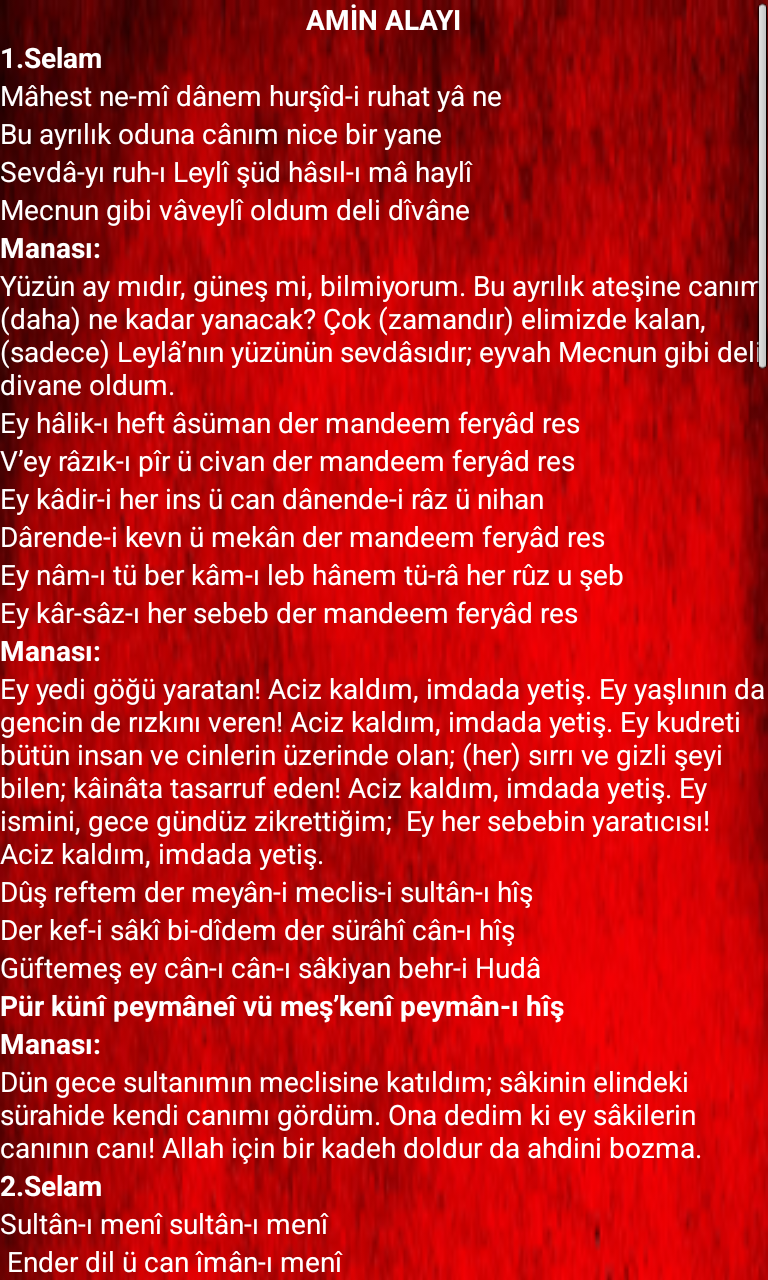
Repository: dokayazilim/Safahat-Android--Uygulamasi
Layout: safahat(android)/Safahat/res/layout/kitap31.xml
An editor plug-in stored every save of this project. The layout is shown before and after the next save, followed by the edit.
It is drawn on a 768 x 1280 px phone screen (xhdpi) without system bars, with theme android:Theme; the app's code is not run.

Above is the layout before, as saved 2012-09-07 16:19:41.

### safahat(android)/Safahat/res/layout/kitap31.xml
<?xml version="1.0" encoding="utf-8"?>
<ScrollView    android:id="@+id/widget1"    android:layout_width="fill_parent"    android:layout_height="fill_parent"    xmlns:android="http://schemas.android.com/apk/res/android"    >
<LinearLayout xmlns:android="http://schemas.android.com/apk/res/android"
    android:layout_width="fill_parent"
    android:layout_height="fill_parent"
    android:orientation="vertical" android:background="@drawable/androidturk">

  <TextView
        android:id="@+id/textView1"
        android:layout_width="wrap_content"
        android:layout_height="wrap_content"
        android:text="AMİN ALAYI" android:textColor="#ffffff" android:textStyle="bold" android:layout_gravity="center"/>
<TextView
        android:id="@+id/textView2"
        android:layout_width="wrap_content"
        android:layout_height="wrap_content"
        android:text="1.Selam  " android:textColor="#ffffff" android:textStyle="bold"/>
<TextView
        android:id="@+id/textView3"
        android:layout_width="wrap_content"
        android:layout_height="wrap_content"
        android:text="Mâhest ne-mî dânem hurşîd-i ruhat yâ ne    " android:textColor="#ffffff" />
<TextView
        android:id="@+id/textView4"
        android:layout_width="wrap_content"
        android:layout_height="wrap_content"
        android:text="Bu ayrılık oduna cânım nice bir yane
  " android:textColor="#ffffff" />
<TextView
        android:id="@+id/textView5"
        android:layout_width="wrap_content"
        android:layout_height="wrap_content"
        android:text="Sevdâ-yı ruh-ı Leylî şüd hâsıl-ı mâ haylî " android:textColor="#ffffff" />
<TextView
        android:id="@+id/textView6"
        android:layout_width="wrap_content"
        android:layout_height="wrap_content"
        android:text="Mecnun gibi vâveylî oldum deli dîvâne     " android:textColor="#ffffff" />
<TextView
        android:id="@+id/textView7"
        android:layout_width="wrap_content"
        android:layout_height="wrap_content"
        android:text="Manası:  " android:textColor="#ffffff" android:textStyle="bold"/>
<TextView
        android:id="@+id/textView8"
        android:layout_width="wrap_content"
        android:layout_height="wrap_content"
        android:text="Yüzün ay mıdır, güneş mi, bilmiyorum. Bu ayrılık ateşine canım (daha) ne kadar yanacak? Çok (zamandır) elimizde kalan, (sadece) Leylâ’nın yüzünün sevdâsıdır; eyvah Mecnun gibi deli divane oldum. " android:textColor="#ffffff" />
<TextView
        android:id="@+id/textView9"
        android:layout_width="wrap_content"
        android:layout_height="wrap_content"
        android:text="Ey hâlik-ı heft âsüman der mandeem feryâd res
 " android:textColor="#ffffff"/>
<TextView
        android:id="@+id/textView10"
        android:layout_width="wrap_content"
        android:layout_height="wrap_content"
        android:text="V’ey râzık-ı pîr ü civan der mandeem feryâd res     " android:textColor="#ffffff"/>
<TextView
        android:id="@+id/textView11"
        android:layout_width="wrap_content"
        android:layout_height="wrap_content"
        android:text="Ey kâdir-i her ins ü can dânende-i râz ü nihan
 " android:textColor="#ffffff" />
<TextView
        android:id="@+id/textView12"
        android:layout_width="wrap_content"
        android:layout_height="wrap_content"
        android:text="Dârende-i kevn ü mekân der mandeem feryâd res
   " android:textColor="#ffffff" />
<TextView
        android:id="@+id/textView13"
        android:layout_width="wrap_content"
        android:layout_height="wrap_content"
        android:text="Ey nâm-ı tü ber kâm-ı leb hânem tü-râ her rûz u şeb  " android:textColor="#ffffff"/>
<TextView
        android:id="@+id/textView14"
        android:layout_width="wrap_content"
        android:layout_height="wrap_content"
        android:text="Ey kâr-sâz-ı her sebeb der mandeem feryâd res " android:textColor="#ffffff" />
<TextView
        android:id="@+id/textView15"
        android:layout_width="wrap_content"
        android:layout_height="wrap_content"
        android:text="Manası:
   " android:textColor="#ffffff" android:textStyle="bold"/>
<TextView
        android:id="@+id/textView16"
        android:layout_width="wrap_content"
        android:layout_height="wrap_content"
        android:text="Ey yedi göğü yaratan! Aciz kaldım, imdada yetiş. Ey yaşlının da gencin de rızkını veren! Aciz kaldım, imdada yetiş. Ey kudreti bütün insan ve cinlerin üzerinde olan; (her) sırrı ve gizli şeyi bilen; kâinâta tasarruf eden! Aciz kaldım, imdada yetiş. Ey ismini, gece gündüz zikrettiğim;
Ey her sebebin yaratıcısı! Aciz kaldım, imdada yetiş." android:textColor="#ffffff"/>
<TextView
        android:id="@+id/textView17"
        android:layout_width="wrap_content"
        android:layout_height="wrap_content"
        android:text="Dûş reftem der meyân-i meclis-i sultân-ı hîş " android:textColor="#ffffff" />
<TextView
        android:id="@+id/textView18"
        android:layout_width="wrap_content"
        android:layout_height="wrap_content"
        android:text="Der kef-i sâkî bi-dîdem der sürâhî cân-ı hîş
   " android:textColor="#ffffff" />
<TextView
        android:id="@+id/textView19"
        android:layout_width="wrap_content"
        android:layout_height="wrap_content"
        android:text="Güftemeş ey cân-ı cân-ı sâkiyan behr-i Hudâ   " android:textColor="#ffffff"/>
<TextView
        android:id="@+id/textView20"
        android:layout_width="wrap_content"
        android:layout_height="wrap_content"
        android:text="Pür künî peymâneî vü meş’kenî peymân-ı hîş " android:textColor="#ffffff" android:textStyle="bold" />
<TextView
        android:id="@+id/textView21"
        android:layout_width="wrap_content"
        android:layout_height="wrap_content"
        android:text="Manası:" android:textColor="#ffffff" android:textStyle="bold"/>
<TextView
        android:id="@+id/textView22"
        android:layout_width="wrap_content"
        android:layout_height="wrap_content"
        android:text="Dün gece sultanımın meclisine katıldım; sâkinin elindeki sürahide kendi canımı gördüm. Ona dedim ki ey sâkilerin canının canı! Allah için bir kadeh doldur da ahdini bozma.   " android:textColor="#ffffff"/>
<TextView
        android:id="@+id/textView23"
        android:layout_width="wrap_content"
        android:layout_height="wrap_content"
        android:text="2.Selam" android:textColor="#ffffff" android:textStyle="bold"/>
<TextView
        android:id="@+id/textView24"
        android:layout_width="wrap_content"
        android:layout_height="wrap_content"
        android:text="Sultân-ı menî sultân-ı menî
 " android:textColor="#ffffff" />
<TextView
        android:id="@+id/textView25"
        android:layout_width="wrap_content"
        android:layout_height="wrap_content"
        android:text="
Ender dil ü can îmân-ı menî
        " android:textColor="#ffffff" />
<TextView
        android:id="@+id/textView26"
        android:layout_width="wrap_content"
        android:layout_height="wrap_content"
        android:text=" Der men bi-demî men zinde şevem
  " android:textColor="#ffffff" />
<TextView
        android:id="@+id/textView27"
        android:layout_width="wrap_content"
        android:layout_height="wrap_content"
        android:text="Yek cân çi şeved sad cân-ı menî
 " android:textColor="#ffffff" />
<TextView
        android:id="@+id/textView28"
        android:layout_width="wrap_content"
        android:layout_height="wrap_content"
        android:text="Manası:
  " android:textColor="#ffffff" android:textStyle="bold"/>
<TextView
        android:id="@+id/textView29"
        android:layout_width="wrap_content"
        android:layout_height="wrap_content"
        android:text="Sultânımsın, sultânımsın; cânımda, gönlümde imânımsın. Bana üflersen ben dirilirim. Bir cân da nedir? Yüz cânımsın.   " android:textColor="#ffffff" />
<TextView
        android:id="@+id/textView30"
        android:layout_width="wrap_content"
        android:layout_height="wrap_content"
        android:text="Ey âşıkan ey âşıkan men cân ü cânan yâftem
  " android:textColor="#ffffff" />
<TextView
        android:id="@+id/textView31"
        android:layout_width="wrap_content"
        android:layout_height="wrap_content"
        android:text="
Ey sâdıkan ey sâdıkan men nûr-i îman yâftem
" android:textColor="#ffffff" />
<TextView
        android:id="@+id/textView32"
        android:layout_width="wrap_content"
        android:layout_height="wrap_content"
        android:text="Manası:
 " android:textColor="#ffffff" android:textStyle="bold"/>
<TextView
        android:id="@+id/textView33"
        android:layout_width="wrap_content"
        android:layout_height="wrap_content"
        android:text="Ey âşıklar, ey âşıklar! Ben canı ve cananı buldum. Ey sâdıklar, ey sâdıklar! Ben iman nurunu buldum. " android:textColor="#ffffff" android:textStyle="bold" />
<TextView
        android:id="@+id/textView34"
        android:layout_width="wrap_content"
        android:layout_height="wrap_content"
        android:text="3.Selam
  " android:textColor="#ffffff" android:textStyle="bold"/>
<TextView
        android:id="@+id/textView35"
        android:layout_width="wrap_content"
        android:layout_height="wrap_content"
        android:text="Der dil ü can hâne kerdî âkibet
   " android:textColor="#ffffff"/>
<TextView
        android:id="@+id/textView36"
        android:layout_width="wrap_content"
        android:layout_height="wrap_content"
        android:text="Her dü râ dîvâne kerdî âkibet
   " android:textColor="#ffffff" />
<TextView
        android:id="@+id/textView37"
        android:layout_width="wrap_content"
        android:layout_height="wrap_content"
        android:text="Âmedî k’âteş der in âlem zenî " android:textColor="#ffffff" />
<TextView
        android:id="@+id/textView38"
        android:layout_width="wrap_content"
        android:layout_height="wrap_content"
        android:text="Vâ ne-geştî tâ ne-gerdî âkibet " android:textColor="#ffffff" />
<TextView
        android:id="@+id/textView39"
        android:layout_width="wrap_content"
        android:layout_height="wrap_content"
        android:text="Ey zi aşkat âlemî vîran şüde " android:textColor="#ffffff" />
<TextView
        android:id="@+id/textView40"
        android:layout_width="wrap_content"
        android:layout_height="wrap_content"
        android:text="Kasd-ı in vîrâne kerdî âkibet " android:textColor="#ffffff"  />
<TextView
        android:id="@+id/textView41"
        android:layout_width="wrap_content"
        android:layout_height="wrap_content"
        android:text="Ey dil-i mecnûn ez Mecnun beter
  " android:textColor="#ffffff" />
<TextView
        android:id="@+id/textView42"
        android:layout_width="wrap_content"
        android:layout_height="wrap_content"
        android:text="Merdi vü merdâne kerdî âkibet
  " android:textColor="#ffffff" />
<TextView
        android:id="@+id/textView43"
        android:layout_width="wrap_content"
        android:layout_height="wrap_content"
        android:text="Manası:
  " android:textColor="#ffffff" android:textStyle="bold"/>
<TextView
        android:id="@+id/textView44"
        android:layout_width="wrap_content"
        android:layout_height="wrap_content"
        android:text="Sonunda gönülde, canda yurt edindin de her ikisini de deli divâne ettin. Şu âlemi ateşlere yakmaya geldin; sonunda da dediğini yapmadan dönmedin. Ey aşkıyla dünyayı yakıp yıkan; sonunda şu yıkık yere de kasdettin. Ey deli gönül, ey deliden de beter gönül! Ersin, sonunda erlik gösterdin.
  " android:textColor="#ffffff" />
<TextView
        android:id="@+id/textView45"
        android:layout_width="wrap_content"
        android:layout_height="wrap_content"
        android:text="Ey ki hezâr âferin bu nice sultân olur
  " android:textColor="#ffffff" />
<TextView
        android:id="@+id/textView46"
        android:layout_width="wrap_content"
        android:layout_height="wrap_content"
        android:text="Kulu olan kişiler hüsrev ü hâkân olur
  " android:textColor="#ffffff" />
<TextView
        android:id="@+id/textView47"
        android:layout_width="wrap_content"
        android:layout_height="wrap_content"
        android:text="Her ki bugün Veled’e inanuben yüz süre
  " android:textColor="#ffffff" />
<TextView
        android:id="@+id/textView48"
        android:layout_width="wrap_content"
        android:layout_height="wrap_content"
        android:text="Yoksul ise bay olur bay ise sultân olur
  " android:textColor="#ffffff" />
<TextView
        android:id="@+id/textView49"
        android:layout_width="wrap_content"
        android:layout_height="wrap_content"
        android:text="Manası:
  " android:textColor="#ffffff" android:textStyle="bold"/>
<TextView
        android:id="@+id/textView50"
        android:layout_width="wrap_content"
        android:layout_height="wrap_content"
        android:text="'Binlerce tebrikler! Bu nasıl bir sultandır ki hizmetçisi olanlar, padişah olur. Bugün her kim (Sultan) Veled’e inanıp (dergâhına) yüz sürerse, fakir ise bey olur, bey ise sultan olur.
  " android:textColor="#ffffff" />
<TextView
        android:id="@+id/textView51"
        android:layout_width="wrap_content"
        android:layout_height="wrap_content"
        android:text="Mâ der dü cihan gayr-i Hüdâ yâr ne-dârîm
  " android:textColor="#ffffff" />
<TextView
        android:id="@+id/textView52"
        android:layout_width="wrap_content"
        android:layout_height="wrap_content"
        android:text="Cüz yâd-ı Hüdâ hîç diger kâr ne-dârîm
  " android:textColor="#ffffff" />
<TextView
        android:id="@+id/textView53"
        android:layout_width="wrap_content"
        android:layout_height="wrap_content"
        android:text="Müştâk-ı dil ü cân-i tü Şemsü’l-Hak-ı Tebrîz
  " android:textColor="#ffffff" />
<TextView
        android:id="@+id/textView54"
        android:layout_width="wrap_content"
        android:layout_height="wrap_content"
        android:text="Der âyine cüz vâye-i dîdâr ne-dârîm
  " android:textColor="#ffffff" />
<TextView
        android:id="@+id/textView55"
        android:layout_width="wrap_content"
        android:layout_height="wrap_content"
        android:text="Manası:" android:textColor="#ffffff" android:textStyle="bold" />
<TextView
        android:id="@+id/textView56"
        android:layout_width="wrap_content"
        android:layout_height="wrap_content"
        android:text="Bizim iki dünyada da Hak’tan başka yârimiz, Hakk’ı zikretmekten başka işimiz yoktur. Tebrizli Hak Güneşi, senin gönlünün ve canının özlem çekenidir. (Gönül) aynasındaki yüzünden başka nasibimiz yoktur.
  " android:textColor="#ffffff" />
<TextView
        android:id="@+id/textView57"
        android:layout_width="wrap_content"
        android:layout_height="wrap_content"
        android:text="İmrûz semâast ü müdâmest ü sekâyî
  " android:textColor="#ffffff" />
<TextView
        android:id="@+id/textView58"
        android:layout_width="wrap_content"
        android:layout_height="wrap_content"
        android:text="Gerdan şüde ber cem‘ kadehhâ-yi atâyî
  " android:textColor="#ffffff" />
<TextView
        android:id="@+id/textView59"
        android:layout_width="wrap_content"
        android:layout_height="wrap_content"
        android:text="Fermân-i sekallâh resîdest bi-nûşîd
  " android:textColor="#ffffff" />
<TextView
        android:id="@+id/textView60"
        android:layout_width="wrap_content"
        android:layout_height="wrap_content"
        android:text="Ey ten heme can şev ki zi ihvân-ı safâyî
  " android:textColor="#ffffff" />
<TextView
        android:id="@+id/textView61"
        android:layout_width="wrap_content"
        android:layout_height="wrap_content"
        android:text="Manası:
  " android:textColor="#ffffff" android:textStyle="bold"/>
<TextView
        android:id="@+id/textView62"
        android:layout_width="wrap_content"
        android:layout_height="wrap_content"
        android:text="Bugün semâ var, şarap var; devamlı sunulmada. İhsan edilen kadehler mecliste döndürülmede. “Allah sulasın” buyruğu erişti, (afiyetle) için! Ey beden bütünüyle can ol; zira safâ ehli kardeşlerdensin.
  " android:textColor="#ffffff" />
<TextView
        android:id="@+id/textView63"
        android:layout_width="wrap_content"
        android:layout_height="wrap_content"
        android:text="Her ki zi uşşâk girîzan şeved
  " android:textColor="#ffffff" />
<TextView
        android:id="@+id/textView64"
        android:layout_width="wrap_content"
        android:layout_height="wrap_content"
        android:text="Bâr-i diger hâce peşîman şeved
  " android:textColor="#ffffff" />
<TextView
        android:id="@+id/textView65"
        android:layout_width="wrap_content"
        android:layout_height="wrap_content"
        android:text="Her ki sebû-yi tü keşed âkıbet
  " android:textColor="#ffffff" />
<TextView
        android:id="@+id/textView66"
        android:layout_width="wrap_content"
        android:layout_height="wrap_content"
        android:text="Der harem-i işret-i sultan şeved
  " android:textColor="#ffffff" />
<TextView
        android:id="@+id/textView67"
        android:layout_width="wrap_content"
        android:layout_height="wrap_content"
        android:text="Manası:
  " android:textColor="#ffffff" android:textStyle="bold"/>
<TextView
        android:id="@+id/textView68"
        android:layout_width="wrap_content"
        android:layout_height="wrap_content"
        android:text="Görsün de bu inkılâbı insan,
  " android:textColor="#ffffff" />
<TextView
        android:id="@+id/textView69"
        android:layout_width="wrap_content"
        android:layout_height="wrap_content"
        android:text="Dehrin nedir anlasın kemâli!
  " android:textColor="#ffffff" />
<TextView
        android:id="@+id/textView70"
        android:layout_width="wrap_content"
        android:layout_height="wrap_content"
        android:text="Zâir bu hakâikın önünde
  " android:textColor="#ffffff" />
<TextView
        android:id="@+id/textView71"
        android:layout_width="wrap_content"
        android:layout_height="wrap_content"
        android:text="Hâlâ mı bırakmadın hayâli?
  " android:textColor="#ffffff" />
<TextView
        android:id="@+id/textView72"
        android:layout_width="wrap_content"
        android:layout_height="wrap_content"
        android:text="GÜL, BÜLBÜL" android:textColor="#ffffff" android:textStyle="bold" android:layout_gravity="center"/>
<TextView
        android:id="@+id/textView73"
        android:layout_width="wrap_content"
        android:layout_height="wrap_content"
        android:text="Konduğu her gusn-i ter minberidir bülbülün,
  " android:textColor="#ffffff" />
<TextView
        android:id="@+id/textView74"
        android:layout_width="wrap_content"
        android:layout_height="wrap_content"
        android:text="Zemzeme addettiğin hutbesi, faslü´l-hitâb.
  " android:textColor="#ffffff" />
<TextView
        android:id="@+id/textView75"
        android:layout_width="wrap_content"
        android:layout_height="wrap_content"
        android:text="Reng-i hakîkat nedir, fark eden ebsâr için,
  " android:textColor="#ffffff" />
<TextView
        android:id="@+id/textView76"
        android:layout_width="wrap_content"
        android:layout_height="wrap_content"
        android:text="Goncada matvî duran her varak ümmü´l-kitâb.
  " android:textColor="#ffffff" />
<TextView
        android:id="@+id/textView77"
        android:layout_width="wrap_content"
        android:layout_height="wrap_content"
        android:text="TERCÜMEDİR" android:textColor="#ffffff" android:textStyle="bold" android:layout_gravity="center"/>
<TextView
        android:id="@+id/textView78"
        android:layout_width="wrap_content"
        android:layout_height="wrap_content"
        android:text="Kendi feryâdımdır ancak ses veren feryâdıma...
  " android:textColor="#ffffff" />
<TextView
        android:id="@+id/textView79"
        android:layout_width="wrap_content"
        android:layout_height="wrap_content"
        android:text="Kimseler yok âşinâdan büsbütün hâlî diyâr.
  " android:textColor="#ffffff" />
<TextView
        android:id="@+id/textView80"
        android:layout_width="wrap_content"
        android:layout_height="wrap_content"
        android:text="Kendi feryadımdır ancak ses veren feryadıma...
  " android:textColor="#ffffff" />
<TextView
        android:id="@+id/textView81"
        android:layout_width="wrap_content"
        android:layout_height="wrap_content"
        android:text="Kimseler yok tanıdıkların hepsi bu diyardan gitmiş. " android:textColor="#ffffff" />
<TextView
        android:id="@+id/textView82"
        android:layout_width="wrap_content"
        android:layout_height="wrap_content"
        android:text="'Nerde yârânım?' diyorken ben bülend âvâz ile
  " android:textColor="#ffffff" />
<TextView
        android:id="@+id/textView83"
        android:layout_width="wrap_content"
        android:layout_height="wrap_content"
        android:text="'Nerde yârânım?' diyor vâdî, beyâbân, kûhsâr.
  " android:textColor="#ffffff" />
<TextView
        android:id="@+id/textView84"
        android:layout_width="wrap_content"
        android:layout_height="wrap_content"
        android:text="Nühüfte kalb-i ketûmunda leyl-i deycurun,
  " android:textColor="#ffffff" />
<TextView
        android:id="@+id/textView85"
        android:layout_width="wrap_content"
        android:layout_height="wrap_content"
        android:text="Seninle biz iki âvâre-ser idik gûyâ:
  " android:textColor="#ffffff" />
<TextView
        android:id="@+id/textView86"
        android:layout_width="wrap_content"
        android:layout_height="wrap_content"
        android:text="Ki ta ebed kalacak muhtefi nazarlardan ,
  " android:textColor="#ffffff" />
<TextView
        android:id="@+id/textView87"
        android:layout_width="wrap_content"
        android:layout_height="wrap_content"
        android:text="Meğer ki onları etsin lisan-subh ifşa!
  " android:textColor="#ffffff" />
<TextView
        android:id="@+id/textView88"
        android:layout_width="wrap_content"
        android:layout_height="wrap_content"
        android:text="HÜSRAN-I MÜBİN" android:textColor="#ffffff" android:textStyle="bold" android:layout_gravity="center"/>
<TextView
        android:id="@+id/textView89"
        android:layout_width="wrap_content"
        android:layout_height="wrap_content"
        android:text="Başlattığı gün mektebe, duydum ki, diyordu,
  " android:textColor="#ffffff" />
<TextView
        android:id="@+id/textView90"
        android:layout_width="wrap_content"
        android:layout_height="wrap_content"
        android:text="Rahmetli babam: 'Âdem olur oğlum ilerde?'" android:textColor="#ffffff" />
<TextView
        android:id="@+id/textView91"
        android:layout_width="wrap_content"
        android:layout_height="wrap_content"
        android:text="Annemse, oturmuş, paşalıklar kuruyordu...
  " android:textColor="#ffffff" />
<TextView
        android:id="@+id/textView92"
        android:layout_width="wrap_content"
        android:layout_height="wrap_content"
        android:text="Âdemliği geçtik! Paşalık olsun, o nerde?
  " android:textColor="#ffffff" />
<TextView
        android:id="@+id/textView93"
        android:layout_width="wrap_content"
        android:layout_height="wrap_content"
        android:text="Âmâli tezâd üzre giderken ebeveynin,
  " android:textColor="#ffffff" />
<TextView
        android:id="@+id/textView94"
        android:layout_width="wrap_content"
        android:layout_height="wrap_content"
        android:text="Hep böyle harâb olmada etfâl ara yerde!
  " android:textColor="#ffffff" />

<TextView
        android:id="@+id/textView95"
        android:layout_width="wrap_content"
        android:layout_height="wrap_content"
        android:text="Mehmet Akif ERSOY" android:textColor="#ffffff" android:textStyle="bold"/>
</LinearLayout>
</ScrollView>

After the next save:
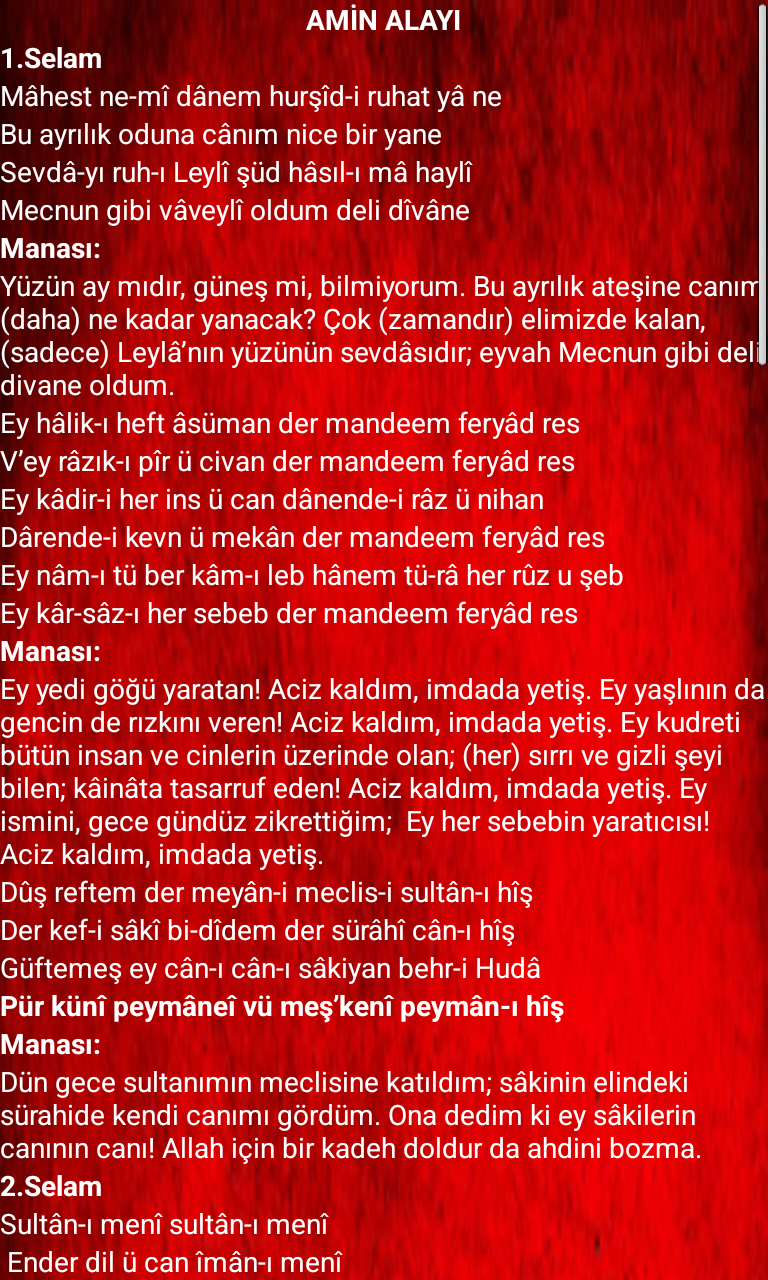
Saved 24 s later.
--- a/safahat(android)/Safahat/res/layout/kitap31.xml
+++ b/safahat(android)/Safahat/res/layout/kitap31.xml
@@ -390,8 +390,8 @@ Ey sâdıkan ey sâdıkan men nûr-i îman yâftem
         android:id="@+id/textView68"
         android:layout_width="wrap_content"
         android:layout_height="wrap_content"
-        android:text="Görsün de bu inkılâbı insan,
-  " android:textColor="#ffffff" />
+        android:text="Ey efendi! Âşıklardan kaçan sonunda pişman olur.
+Senin destini taşıyan kişi, nihayet sultan meclisine mahrem olur. " android:textColor="#ffffff" />
 <TextView
         android:id="@+id/textView69"
         android:layout_width="wrap_content"
